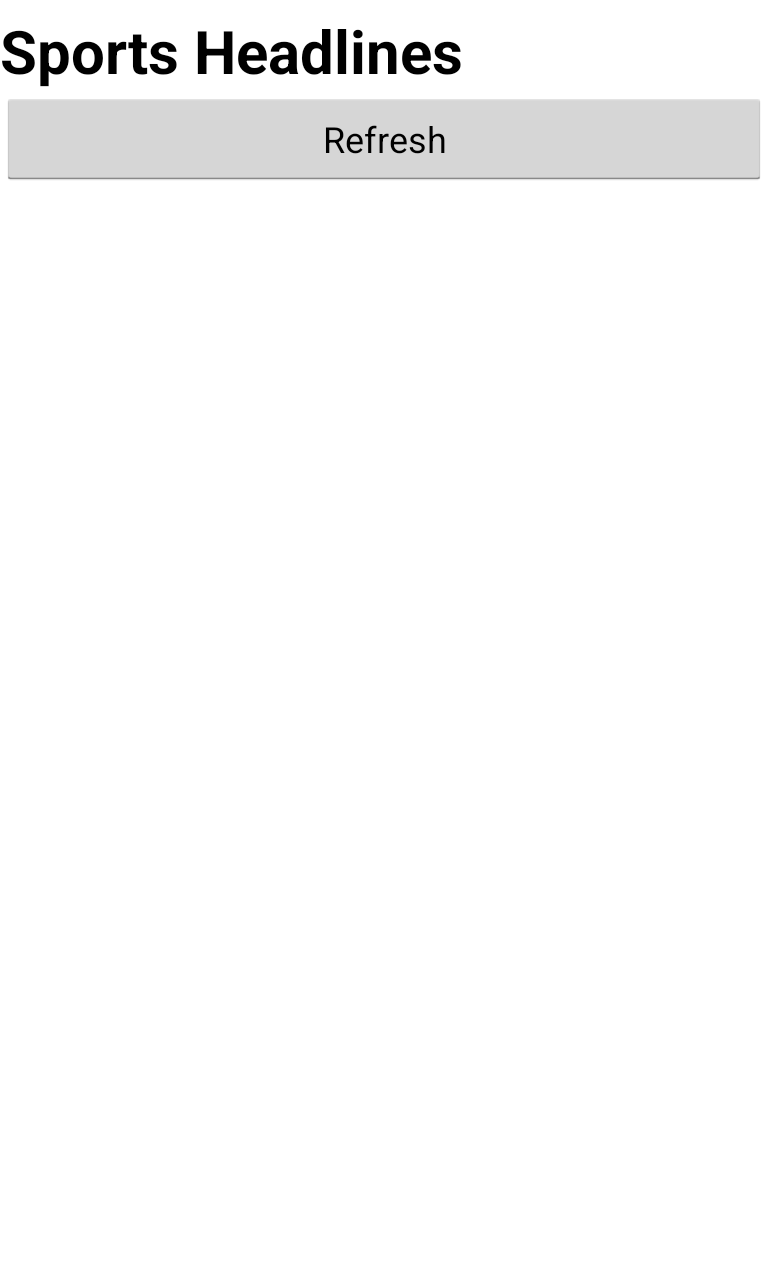
Repository: jbentley313/java2_Bentley2
Layout: sportsHeadlines/res/layout/activity_main.xml
An editor plug-in stored every save of this project. The layout is shown before and after the next save, followed by the edit.
It is drawn on a 768 x 1280 px phone screen (xhdpi) without system bars, with theme AppTheme; the app's code is not run. Lists and similar views that code fills are empty.

Above is the layout before, as saved 2014-01-15 21:16:24.

After the next save:
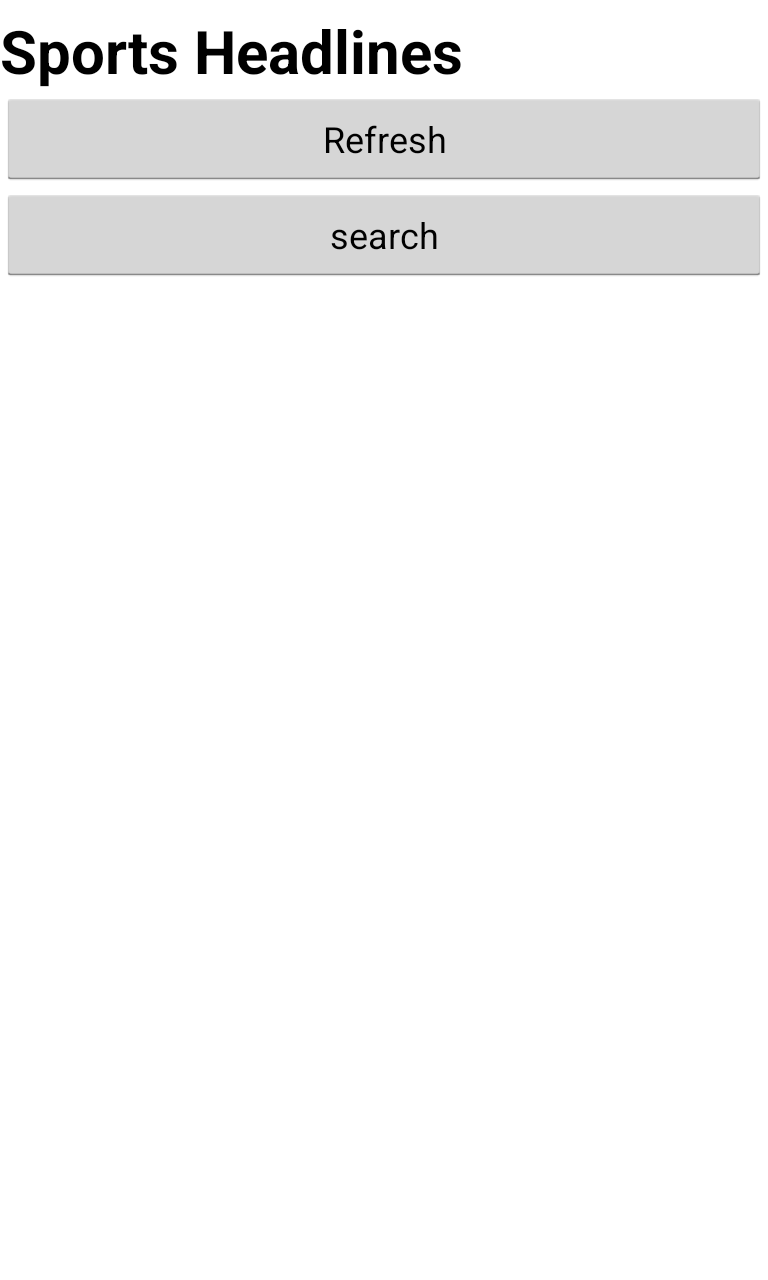
Saved 2 s later.
--- a/sportsHeadlines/res/layout/activity_main.xml
+++ b/sportsHeadlines/res/layout/activity_main.xml
@@ -18,6 +18,12 @@
         android:layout_height="wrap_content"
         android:text="@string/refresh" />
 
+     <Button
+        android:id="@+id/searchButton"
+        android:layout_width="fill_parent"
+        android:layout_height="wrap_content"
+        android:text="@string/search" />
+
     <TextView
         android:id="@+id/resultTextView"
         android:layout_width="match_parent"
